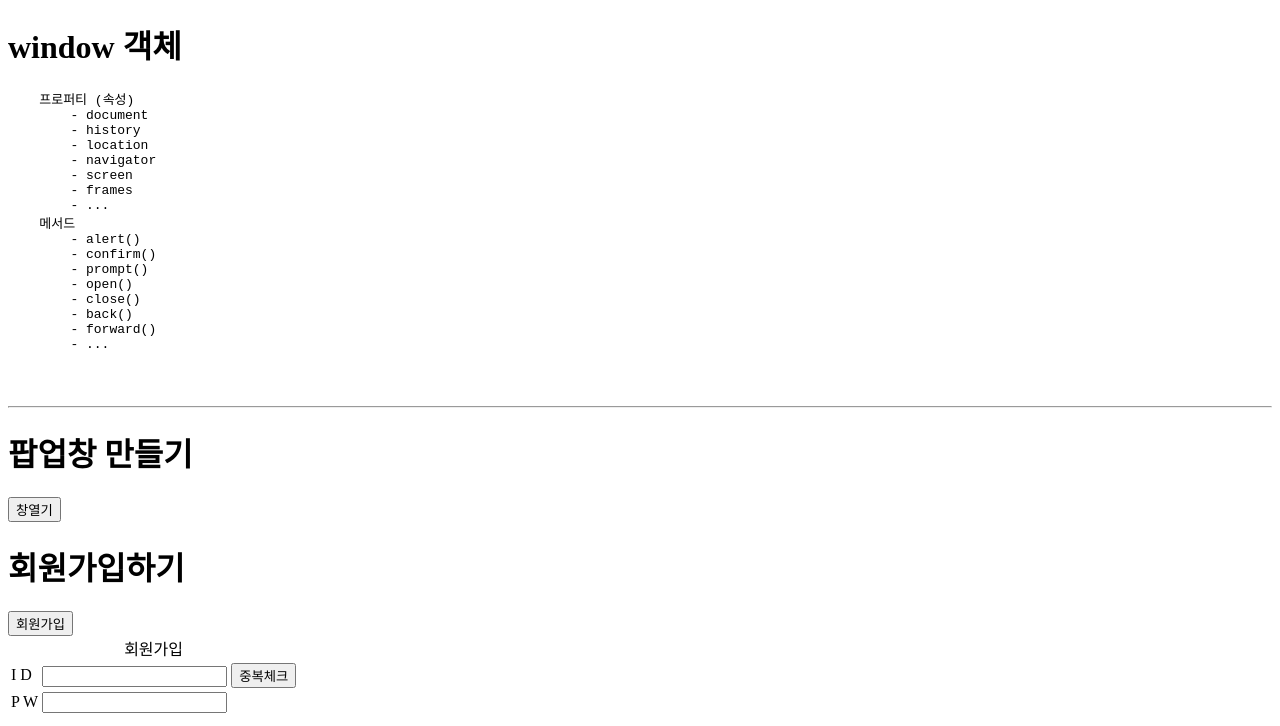
Repository: junewjdtn/TIL
Page: HTML+CSS/html_vscode_UI/4_JS_ec/JS/WebContent/js20_window01.html
An editor plug-in stored every save of this project. The page is shown before and after the next save, followed by the edit.
The browser window is 1280 px wide. The pictures show the whole page.

Above is the page before, as saved 2022-05-18 04:08:10.

After the next save:
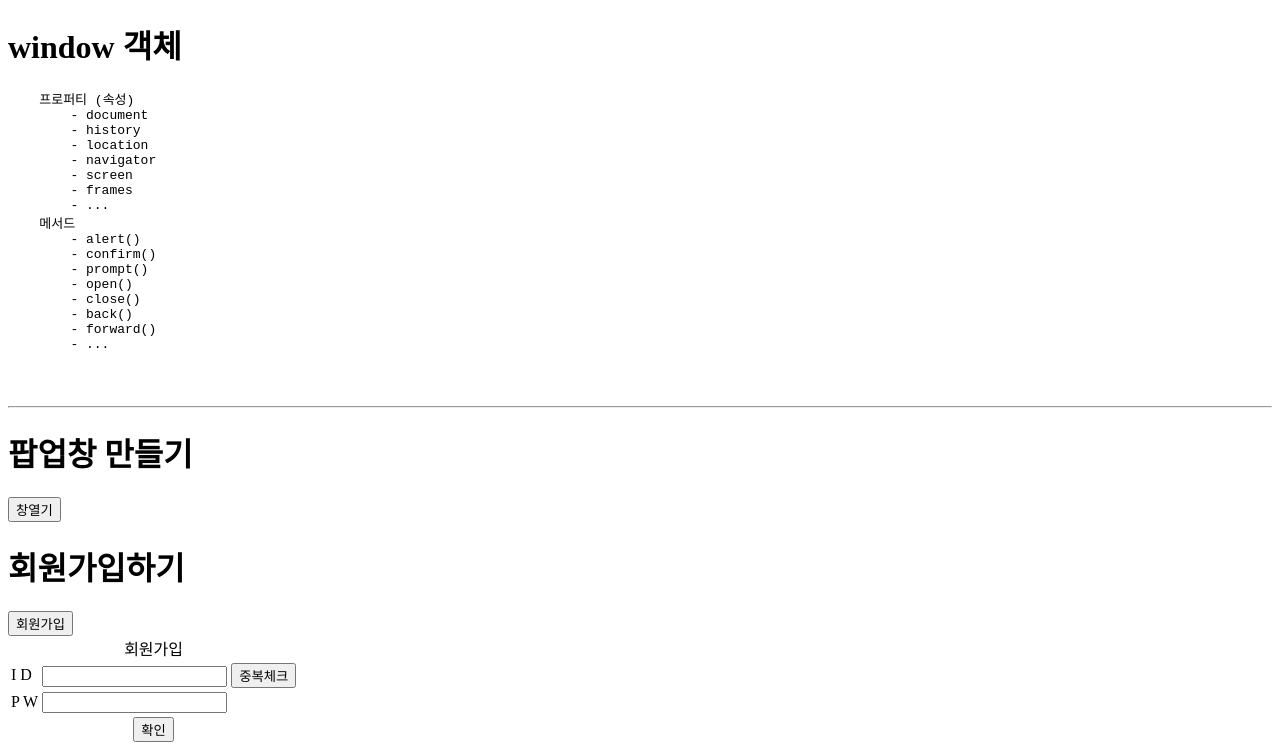
Saved 82 s later.
--- a/HTML+CSS/html_vscode_UI/4_JS_ec/JS/WebContent/js20_window01.html
+++ b/HTML+CSS/html_vscode_UI/4_JS_ec/JS/WebContent/js20_window01.html
@@ -58,7 +58,11 @@
     					<input type="password" name="pw" style="color:red;">
     				</td>
     			</tr>
-    			<tr></tr>
+    			<tr>
+    				<td colspan="2" align="center">
+    					<input type="button" value="확인" onclick="">
+    				</td>
+    			</tr>
     		</table>
     	</form>
     </div>
